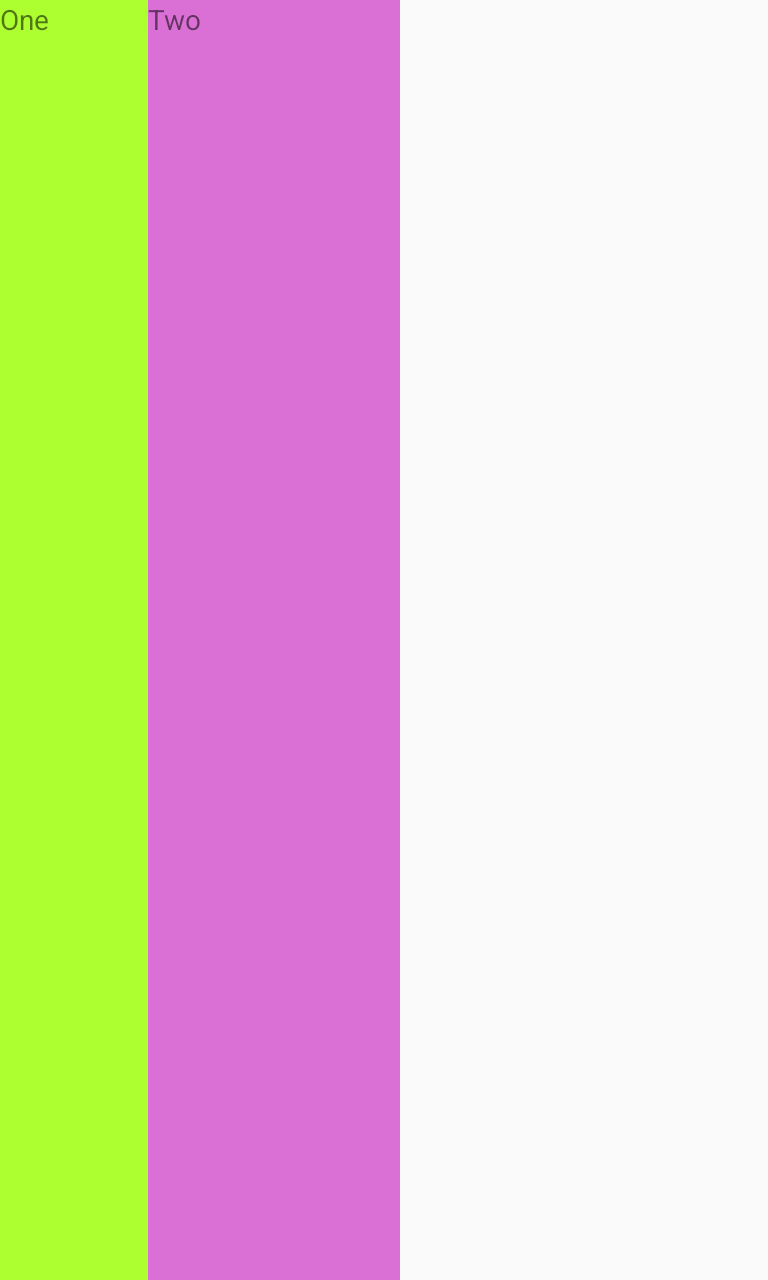
Repository: bingb89/Garbage
Layout: xml/hello/res/layout/activity_main.xml
The author's editor kept a copy of each file at every save. The layout is drawn from the files as they stood at one save, then again after the next save.
It is drawn on a 768 x 1280 px phone screen (xhdpi) without system bars, with theme AppTheme; the app's code is not run.

Above is the layout before, as saved 2015-12-24 08:03:17.

### xml/hello/res/layout/activity_main.xml
<LinearLayout xmlns:android="http://schemas.android.com/apk/res/android"
    xmlns:tools="http://schemas.android.com/tools"
    android:id="@+id/linearLayout1"
    android:layout_width="match_parent"
    android:layout_height="match_parent"
    android:baselineAligned="false"
    android:orientation="horizontal" >

    <TextView
        android:layout_width="wrap_content"
        android:layout_height="fill_parent"
        android:layout_weight="1"
        android:background="#ADFF2F"
        android:text="@string/one" />

    <TextView
        android:layout_width="wrap_content"
        android:layout_height="fill_parent"
        android:layout_weight="2"
        android:background="#DA70D6"
        android:text="@string/two" />

    <TextView
        android:layout_width="wrap_content"
        android:layout_hegiht="fill_parent"
        android:layout_weight="3"
        android:background="#FF0000"
        android:text="@string/three" />

</LinearLayout>

### xml/hello/res/values/strings.xml
<?xml version="1.0" encoding="utf-8"?>
<resources>

    <string name="app_name">hello</string>
    <string name="hello_world">Hello world!</string>
    <string name="action_settings">Settings</string>

    <string name="one">One</string>
    <string name="two">Two</string>
    <string name="three">Three</string>

</resources>

Loaded but not shown: xml/hello/res/values/styles.xml (common file); xml/hello/res/values-v11/styles.xml (common file); xml/hello/res/values-v14/styles.xml (common file)

After the next save:
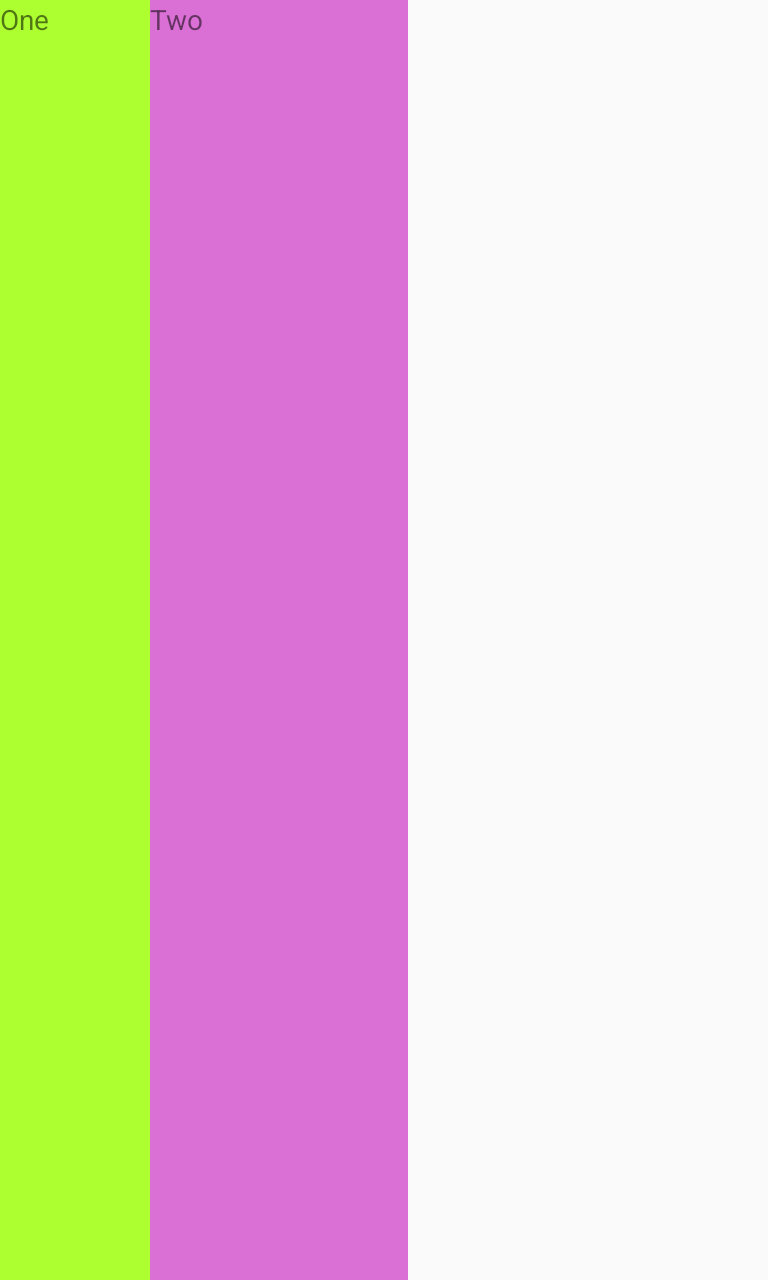
Saved 53 s later.
--- a/xml/hello/res/layout/activity_main.xml
+++ b/xml/hello/res/layout/activity_main.xml
@@ -25,6 +25,6 @@
         android:layout_hegiht="fill_parent"
         android:layout_weight="3"
         android:background="#FF0000"
-        android:text="@string/three" />
+        android:text="@string/two" />
 
 </LinearLayout>

After the save that followed:
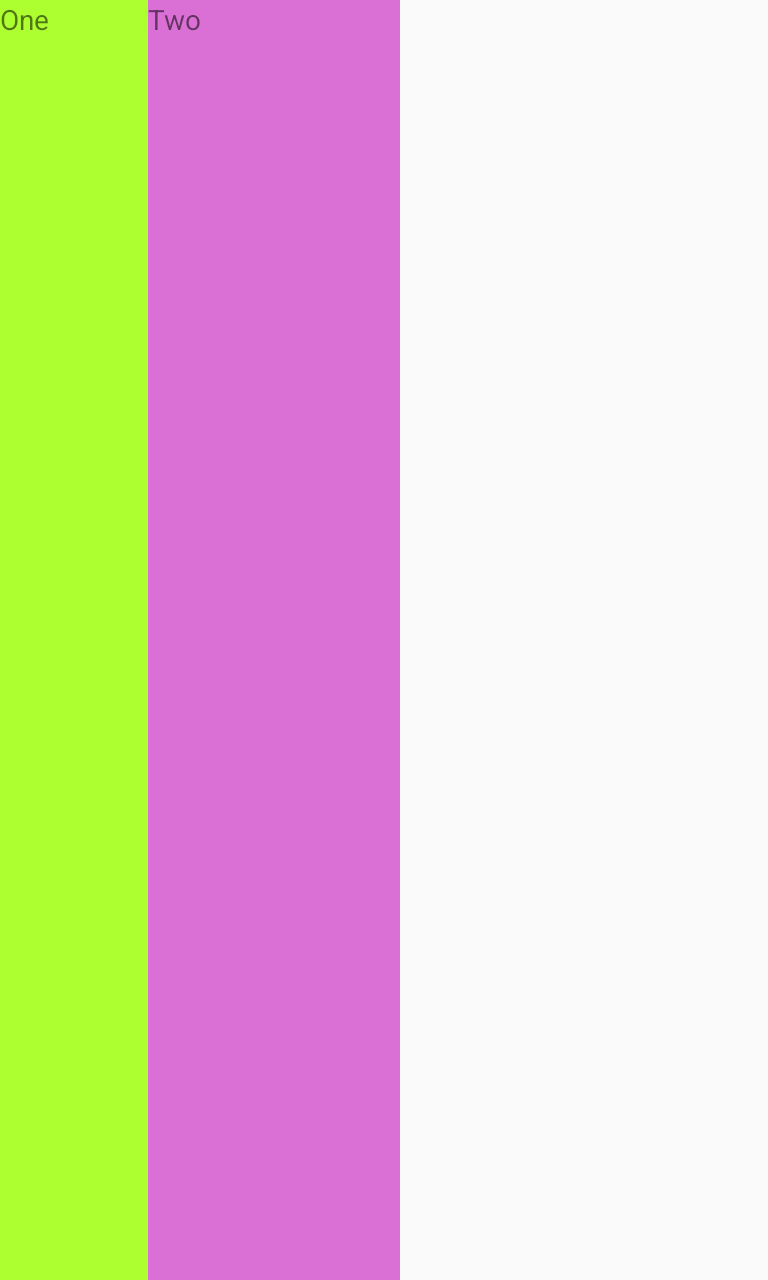
Saved 6 s later.
--- a/xml/hello/res/layout/activity_main.xml
+++ b/xml/hello/res/layout/activity_main.xml
@@ -25,6 +25,6 @@
         android:layout_hegiht="fill_parent"
         android:layout_weight="3"
         android:background="#FF0000"
-        android:text="@string/two" />
+        android:text="@string/three" />
 
 </LinearLayout>
